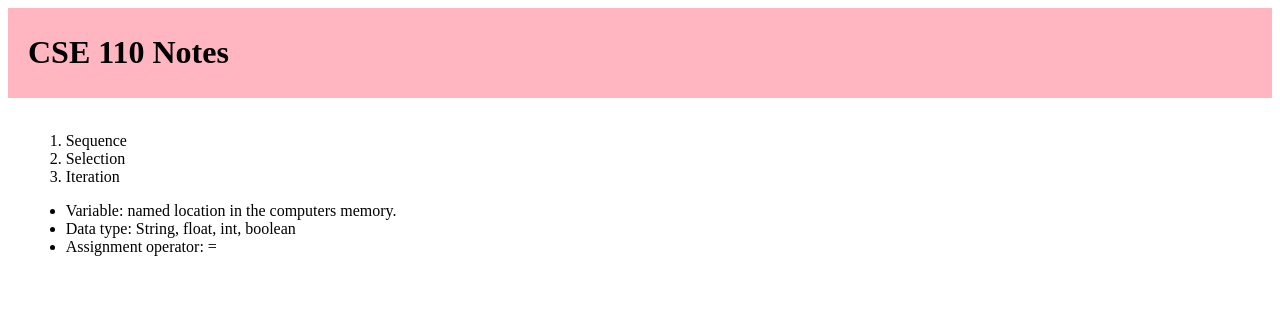
Repository: harleywolfley/wdd130
Page: spring25/cse110/cseindex.html
An editor plug-in stored every save of this project. The page is shown before and after the next save, followed by the edit.
The browser window is 1280 px wide. The pictures show the whole page.

Above is the page before, as saved 2025-04-29 16:40:20.

After the next save:
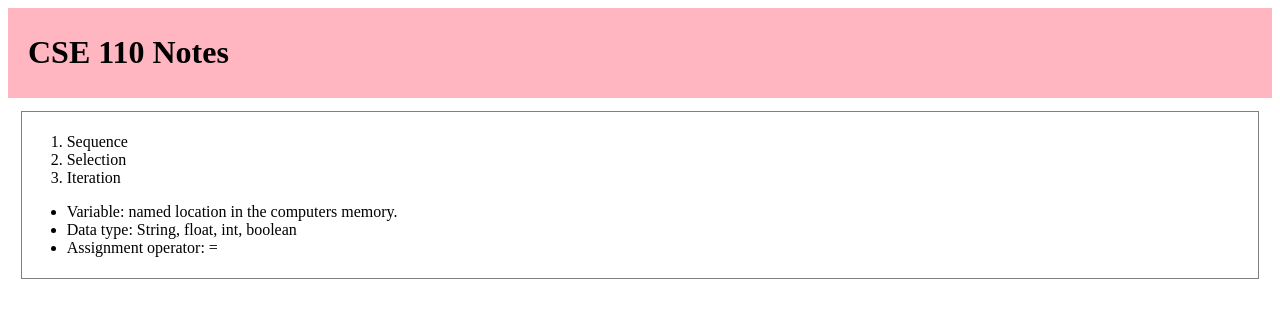
Saved 4 min 17 s later.
--- a/spring25/cse110/csestyle.css
+++ b/spring25/cse110/csestyle.css
@@ -6,4 +6,7 @@ header {
 div {
     padding: 5px;
     margin: 1%;
+    border-color: gray;
+    border-width: 1px;
+    border-style:groove;
 }
